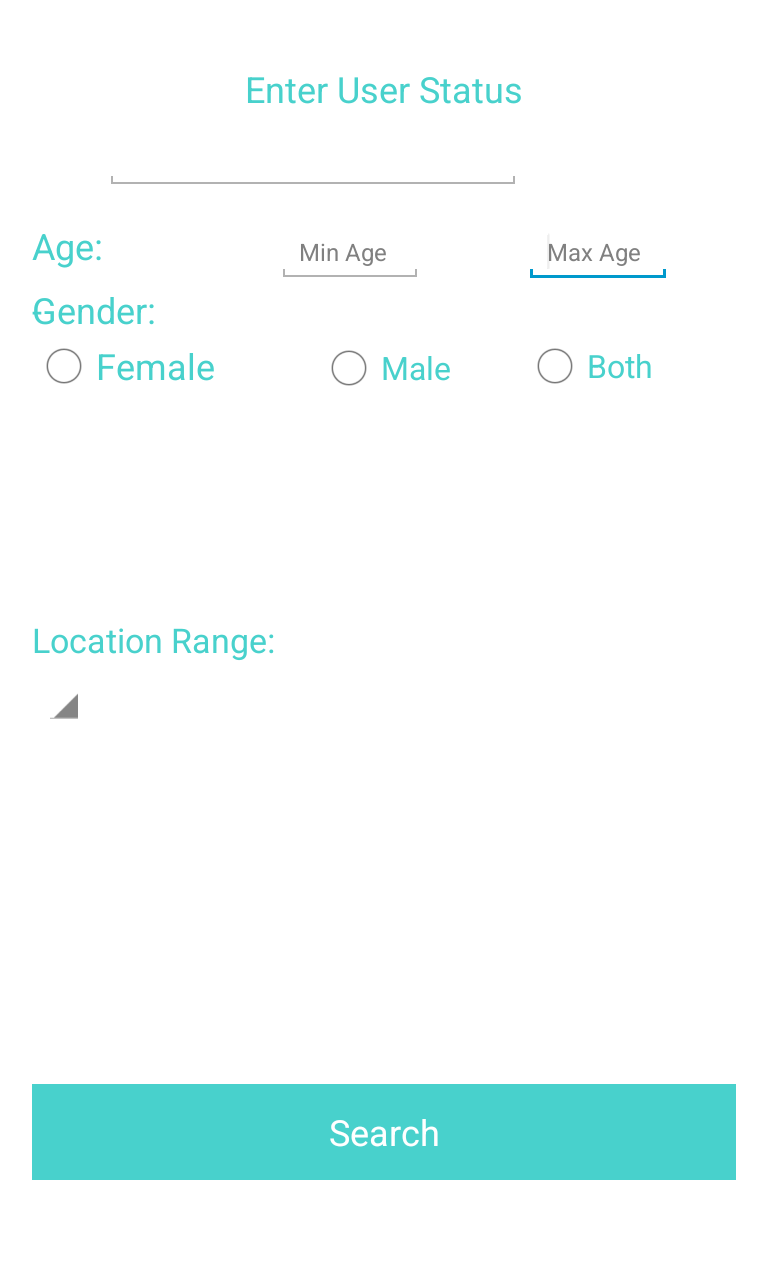
Repository: COMP231-S63G1/COMP231-S63G1
Layout: Wanna/res/layout/activity_search_user_filtration.xml
These files come from the project's save history. The layout is drawn as it stood at one moment and after the next save; the edit follows.
It is drawn on a 768 x 1280 px phone screen (xhdpi) without system bars, with theme AppTheme; the app's code is not run.

Above is the layout before, as saved 2014-11-27 17:33:24.

After the next save:
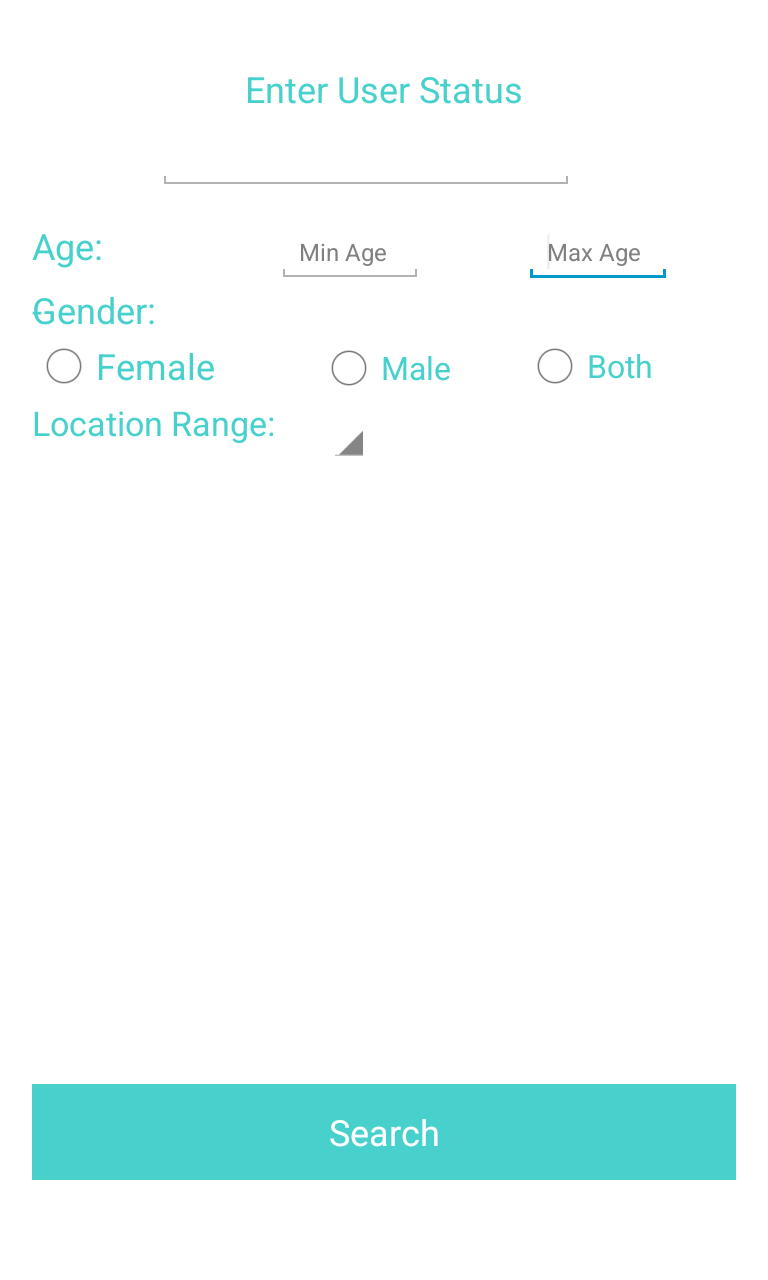
Saved 2 min 6 s later.
--- a/Wanna/res/layout/activity_search_user_filtration.xml
+++ b/Wanna/res/layout/activity_search_user_filtration.xml
@@ -72,15 +72,6 @@
     </RadioGroup>
 
     <EditText
-        android:id="@+id/etStatus"
-        android:layout_width="wrap_content"
-        android:layout_height="wrap_content"
-        android:layout_below="@+id/tvSearchUserStatus"
-        android:layout_toRightOf="@+id/tvAge"
-        android:ems="10"
-        android:inputType="text" />
-
-    <EditText
         android:id="@+id/etMaxAge"
         android:layout_width="75sp"
         android:layout_height="wrap_content"
@@ -114,23 +105,6 @@
         android:text="Male"
         android:textColor="#48D1CC" />
 
-    <TextView
-        android:id="@+id/textView1"
-        android:layout_width="wrap_content"
-        android:layout_height="wrap_content"
-        android:layout_alignLeft="@+id/rgFilterGender"
-        android:layout_centerVertical="true"
-        android:text="Location Range:"
-        android:textColor="#48D1CC"
-        android:textSize="17sp" />
-
-     <Spinner
-         android:id="@+id/locationRange"
-         android:layout_width="wrap_content"
-         android:layout_height="wrap_content"
-         android:layout_alignTop="@+id/rgFilterGender"
-         android:layout_toRightOf="@+id/tvdash" />
-
      <RadioButton
          android:id="@+id/rbtnBoth"
          android:layout_width="wrap_content"
@@ -151,4 +125,31 @@
          android:inputType="number"
          android:textSize="12sp" />
 
+     <EditText
+         android:id="@+id/etStatus"
+         android:layout_width="wrap_content"
+         android:layout_height="wrap_content"
+         android:layout_below="@+id/tvSearchUserStatus"
+         android:layout_toRightOf="@+id/tvGender"
+         android:ems="10"
+         android:inputType="text" />
+
+     <Spinner
+         android:id="@+id/locationRange"
+         android:layout_width="wrap_content"
+         android:layout_height="wrap_content"
+         android:layout_alignLeft="@+id/etMinAge"
+         android:layout_alignTop="@+id/textView1"
+         android:layout_marginLeft="26dp" />
+
+     <TextView
+         android:id="@+id/textView1"
+         android:layout_width="wrap_content"
+         android:layout_height="wrap_content"
+         android:layout_alignLeft="@+id/rbtnFemale"
+         android:layout_below="@+id/rbtnMale"
+         android:text="Location Range:"
+         android:textColor="#48D1CC"
+         android:textSize="17sp" />
+
 </RelativeLayout>
